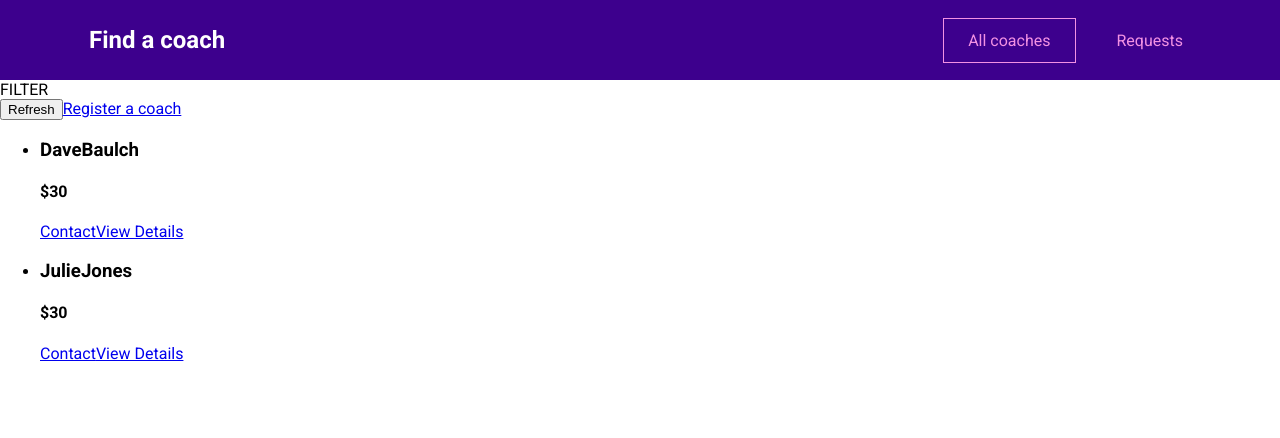
Repository: DaveBaulch/vue-course-find-a-coach
Page: /
An editor plug-in stored every save of this project. The page is shown before and after a run of saves, followed by the edit.
The browser window is 1280 px wide. The pictures show the whole page.
The project was rebuilt for these pictures with package versions that can differ from the ones it lists, and the page was loaded fresh each time. Also part of the build but not shown: src/pages/coaches/CoachDetail.vue, src/pages/coaches/CoachRegistration.vue, src/pages/requests/ContactCoach.vue, src/pages/requests/RequestsReceived.vue. Imported but missing from the stored project, and not drawn on this page: src/pages/NotFound.vue.

Above is the page before, as saved 2021-01-23 14:43:29.

### src/App.vue
<template>
  <div id="app">
    <the-header />
    <router-view/>
  </div>
</template>

<script>
  import TheHeader from './components/layout/TheHeader.vue'

  export default {
    components: {
      TheHeader
    }
  }
</script>



<style>
@import url("https://fonts.googleapis.com/css2?family=Roboto:wght@400;700&display=swap");

* {
  box-sizing: border-box;
}

html {
  font-family: "Roboto", sans-serif;
}

body {
  margin: 0;
}

</style>

### src/router/index.js
import Vue from 'vue'
import VueRouter from 'vue-router'
import CoachDetail from '../pages/coaches/CoachDetail.vue';
import CoachesList from '../pages/coaches/CoachesList.vue';
import CoachRegistation from '../pages/coaches/CoachRegistration.vue';
import ContactCoach from '../pages/requests/ContactCoach.vue';
import RequestsReceived from '../pages/requests/RequestsReceived.vue';
import NotFound from '../pages/NotFound.vue'

Vue.use(VueRouter)

const routes = [
  {
    path: '/', redirect: '/coaches'
  },
  {
    path: '/coaches', component: CoachesList
  },
  {
    path: '/coaches/:id',
    component: CoachDetail,
    children: [
      { path: 'contact', component: ContactCoach } // /coaches/c1/contact
    ]
  },
  { path: '/register', component: CoachRegistation },
  { path: '/requests', component: RequestsReceived },
  { path: '/:notFound(.*)', component: NotFound }
]

const router = new VueRouter({
  mode: 'history',
  base: process.env.BASE_URL,
  routes
})

export default router

### src/store/index.js
import Vue from 'vue'
import Vuex from 'vuex'
import coachesModule from './modules/coaches/index.js'

Vue.use(Vuex)

const store = new Vuex.Store({
  modules: {
    coaches: coachesModule
  }
})

export default store;

### src/components/layout/TheHeader.vue
<template>
<header>
  <nav>
    <h1><router-link to="/">Find a coach</router-link></h1>
    <ul>
      <li><router-link to="/coaches">All coaches</router-link></li>
      <li><router-link to="/requests">Requests</router-link></li>
    </ul>
  </nav>
</header>
</template>

<script>
export default {
}
</script>

<!-- Add "scoped" attribute to limit CSS to this component only -->
<style scoped>
header {
  width: 100%;
  height: 5rem;
  background-color: #3d008d;
  display: flex;
  justify-content: center;
  align-items: center;
}

header a {
  text-decoration: none;
  color: #f391e3;
  display: inline-block;
  padding: 0.75rem 1.5rem;
  border: 1px solid transparent;
}

a:active,
a:hover,
a.router-link-active {
  border: 1px solid #f391e3;
}

h1 {
  margin: 0;
}

h1 a {
  color: white;
  margin: 0;
}

h1 a:hover,
h1 a:active,
h1 a.router-link-active {
  border-color: transparent;
}

header nav {
  width: 90%;
  margin: auto;
  display: flex;
  justify-content: space-between;
  align-items: center;
}

header ul {
  list-style: none;
  margin: 0;
  padding: 0;
  display: flex;
  justify-content: center;
  align-items: center;
}

li {
  margin: 0 0.5rem;
}
</style>

### src/pages/coaches/CoachesList.vue
<template>
<div>
  <section>
    FILTER
  </section>
  <section>
    <div class="controls">
      <button>Refresh</button>
      <router-link to="/register">Register a coach</router-link>
    </div>
    <ul v-if="hasCoaches">
      <coach-item
      v-for="coach in filteredCoaches"
      :key="coach.id"
      :id="coach.id"
      :first-name="coach.firstName"
      :last-name="coach.lastName"
      :rate="coach.hourlyRate"
      ></coach-item>
    </ul>
    <h3 v-else>No coaches found</h3>
  </section>
  </div>
</template>

<script>
  import  CoachItem from '../../components/coaches/CoachItem.vue'

  export default {
    components: {
      CoachItem
    },
    computed: {
      filteredCoaches() {
        return this.$store.getters['coaches/coaches'];
      },
      hasCoaches() {
        return this.$store.getters['coaches/hasCoaches'];
      }
    }
  }
</script>

### src/store/modules/coaches/index.js
import mutations from './mutations.js'
import actions from './actions.js'
import getters from './getters.js'

export default {
  namespaced: true,
  state() {
    return {
      coaches: [
        {
          id: 'c1',
          firstName: 'Dave',
          lastName: 'Baulch',
          areas: ['frontend', 'backend', 'career'],
          description:
            "I'm dave and I've worked as a freelance web developer for years. Let me help you become a developer as well!",
          hourlyRate: 30
        },
        {
          id: 'c2',
          firstName: 'Julie',
          lastName: 'Jones',
          areas: ['frontend', 'career'],
          description:
            'I am Julie and as a senior developer in a big tech company, I can help you get your first job or progress in your current role.',
          hourlyRate: 30
        }
      ]
    }
  },
  mutations,
  actions,
  getters
}

### src/components/coaches/CoachItem.vue
<template>
  <li>
    <h3>{{ fullName }}</h3>
    <h4>${{ rate }}</h4>
    <div>
      <span v-for="area in areas" :key="area">
        {{ area }}
      </span>
    </div>
    <div class="actions">
      <router-link :to="coachContactLink">Contact</router-link>
      <router-link :to="coachDetailsLink">View Details</router-link>
    </div>
  </li>
</template>

<script>
  export default {
    props: ['id', 'firstName', 'lastName', 'rate', 'areas'],
    computed: {
      fullName() {
        return this.firstName + '' + this.lastName
      },
      coachContactLink() {
        return this.$route.path + '/' + this.id + /contact/
      },
      coachDetailsLink() {
        return this.$route.path + '/' + this.id // current route path /coaches/c1
      }
    }
  }
</script>

<style scoped>
  ul {
    list-style: none;
    margin: 0;
    padding: 0;
  }

  .controls {
    display: flex;
    justify-content: space-between;
  }
</style>

### src/store/modules/coaches/getters.js
export default {
  coaches(state) {
    return state.coaches;
  },
  hasCoaches(state) {
    return state.coaches && state.coaches.length > 0;
  }
}

Loaded but not shown: public/index.html (common file); src/main.js (common file); src/store/modules/coaches/mutations.js (common file); src/store/modules/coaches/actions.js (common file)

After the next 4 saves:
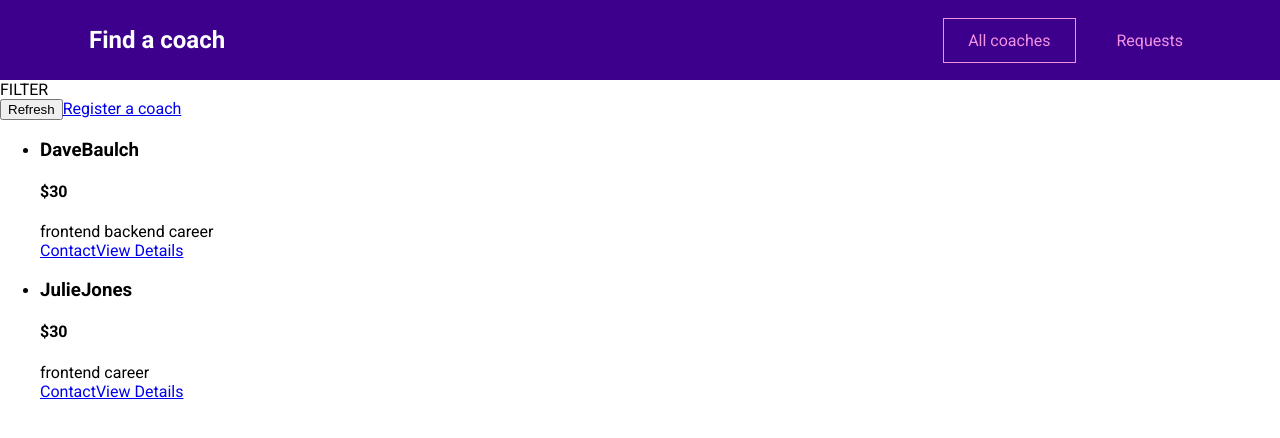
The 4 saves are shown as one change because 1 did not build or start and some came seconds apart.
The last was saved 83 s later.
--- a/src/pages/coaches/CoachesList.vue
+++ b/src/pages/coaches/CoachesList.vue
@@ -16,6 +16,7 @@
       :first-name="coach.firstName"
       :last-name="coach.lastName"
       :rate="coach.hourlyRate"
+      :areas="coach.areas"
       ></coach-item>
     </ul>
     <h3 v-else>No coaches found</h3>
